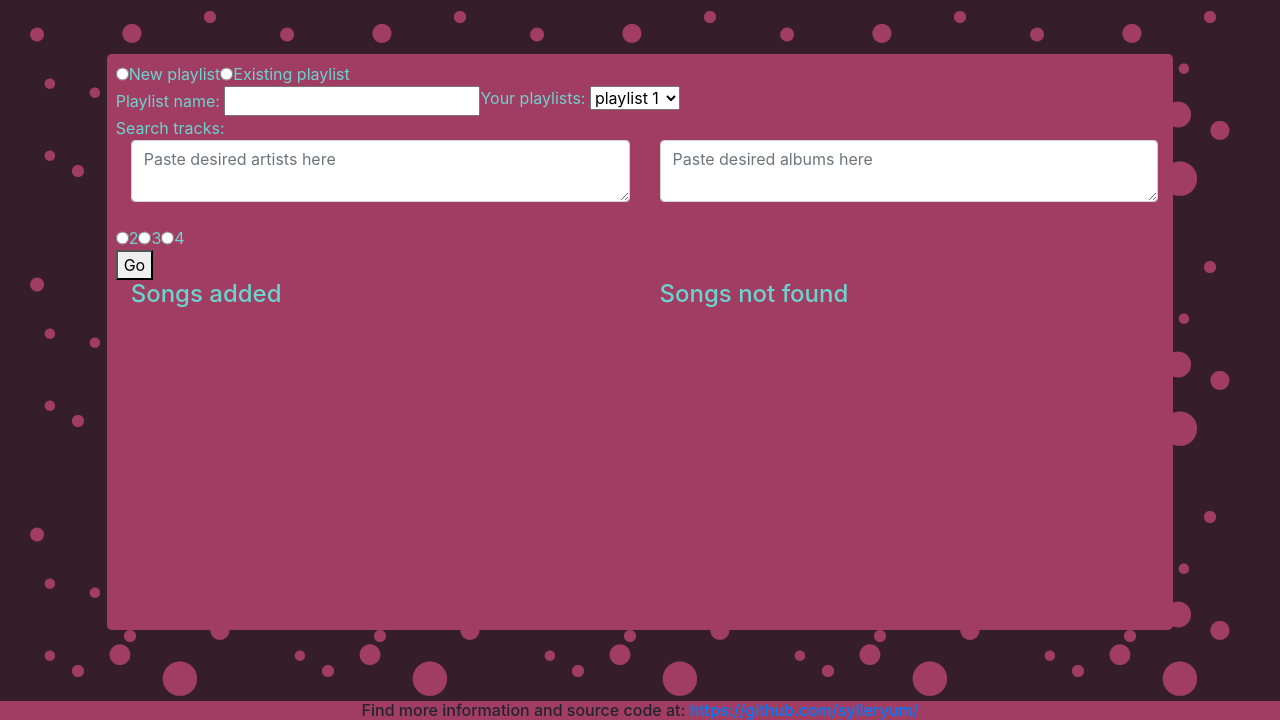
Repository: sylleryum/Frontend
Page: GetTopTracks/index.html
An editor plug-in stored every save of this project. The page is shown before and after a run of saves, followed by the edit.
The browser window is 1280 px wide. The pictures show the whole page.

Above is the page before, as saved 2019-10-13 16:36:47.

### GetTopTracks/index.html
<!doctype html>
<html lang="en">

<head>
     <title>Get top tracks from Artists and albums</title>
     <!-- Required meta tags -->
     <meta charset="utf-8">
     <meta name="viewport" content="width=device-width, initial-scale=1, shrink-to-fit=no">

     <!-- Bootstrap CSS -->
     <link rel="stylesheet" href="https://stackpath.bootstrapcdn.com/bootstrap/4.3.1/css/bootstrap.min.css"
          integrity="sha384-ggOyR0iXCbMQv3Xipma34MD+dH/1fQ784/j6cY/iJTQUOhcWr7x9JvoRxT2MZw1T" crossorigin="anonymous">

     <!-- main CSS-->
     <link rel="stylesheet" href="style.css">

</head>

<body class="background-master">
          <form action="searchTrack" id="submit-btn" onsubmit="return validation()">
     <div class="container-fluid h-95">
          <div class="row align-items-center justify-content-center h-95">
               <div class="h-80 col col-md-10 bg-4 text-1 rounded-lg pl-4 pt-2 overflow-auto  id="internal-container">
                    <div class="row main-select">
                         <input type="radio" id="rNew" name="playlistRadio" value="new" onchange="radioChecker()">New
                         playlist
                         <input type="radio" id="rExisting" name="playlistRadio" value="existing"
                              onchange="radioChecker()">Existing
                         playlist
                    </div>
                    <div class="row main-playlist">
                         <div id="new-playlist" class="block-style">
                              Playlist name: <input type="text" id="playlistName" name="playlistName" />
                         </div>
                         <div id="existing-playlist" class="block-style">
                              <span>Your playlists:</span>
                              <select name="selectPlaylist">
                                   <option>playlist 1</option>
                                   <option>playlist 2</option>
                                   <option>playlist 3</option>
                                   <option>playlist 4</option>
                                   <!-- <c:forEach var="items" items="${playlists}">
                                        <option value="${items.getId()}">${items.getName()}</option>
                                   </c:forEach> -->
                              </select>
                         </div>
                    </div>
                    <div class="row">
                         Search tracks:
                    </div>
                    <div class="row main-textarea form-group">
                         <div class="col-md-6 mb-2">
                              <textarea class="textarea-search form-control md-textarea" id="searchNameArtist"
                                   name="searchNameArtist" placeholder="Paste desired artists here"></textarea>
                         </div>
                         <div class="col-md-6">
                              <textarea class="textarea-search form-control md-textarea" id="searchNameAlbum"
                                   name="searchNameAlbum" placeholder="Paste desired albums here"></textarea>
                         </div>
                    </div>
                    <div class="row track-amount">
                         <input type="radio" id="rAmount2" name="playlistRadio" value="rAmount2" onchange="">2
                         <input type="radio" id="rAmount3" name="playlistRadio" value="rAmount3" onchange="">3
                         <input type="radio" id="rAmount4" name="playlistRadio" value="rAmount4" onchange="">4
                    </div>
                    <div class="row main-go">
                         <button type="submit" id="submit-button">
                              Go
                         </button>
                    </div>

                    <div class="row results-menu">
                         <div class="success col-md-6">
                              <h4>Songs added</h4>

                         </div>
                         <div class="failure col-md-6">
                              <h4>Songs not found</h4>

                         </div>
                    </div>

               </div>

          </div>

     </div>
     </form>
     <footer class="text-center m-0 p-0 bg-4 footer-clear">
          <h6 class="p-0 m-0 text-w">Find more information and source code at: <a href="https://github.com/sylleryum/">
                    https://github.com/sylleryum/</a></h6>

     </footer>







     <!-- Optional JavaScript -->
     <!-- jQuery first, then Popper.js, then Bootstrap JS -->
     <script src="https://code.jquery.com/jquery-3.3.1.slim.min.js"
          integrity="sha384-q8i/X+965DzO0rT7abK41JStQIAqVgRVzpbzo5smXKp4YfRvH+8abtTE1Pi6jizo"
          crossorigin="anonymous"></script>
     <script src="https://cdnjs.cloudflare.com/ajax/libs/popper.js/1.14.7/umd/popper.min.js"
          integrity="sha384-UO2eT0CpHqdSJQ6hJty5KVphtPhzWj9WO1clHTMGa3JDZwrnQq4sF86dIHNDz0W1"
          crossorigin="anonymous"></script>
     <script src="https://stackpath.bootstrapcdn.com/bootstrap/4.3.1/js/bootstrap.min.js"
          integrity="sha384-JjSmVgyd0p3pXB1rRibZUAYoIIy6OrQ6VrjIEaFf/nJGzIxFDsf4x0xIM+B07jRM"
          crossorigin="anonymous"></script>
</body>

</html>

### GetTopTracks/style.css
.footer-clear{
     width: 100%;
     position: fixed;
     bottom: 0%;
}

.background-master{
     background: url(images/bb.png) repeat;
}

.h-100{
     min-height: 100vh;
 }

 .h-95{
     min-height: 95vh;
 }
.h-80{
     min-height: 80vh;
     max-height: 90vh;
 }

 .bg-1{background: #6dd3ce!important}
 .bg-2{background: #c8e9a0!important}
 .bg-3{background: #f7a278!important}
 .bg-4{background: #a13d63!important}
 .bg-5{background: #351e29!important}

.text-1{color: #6dd3ce!important}
.text-2{color: #c8e9a0!important}
.text-3{color: #f7a278!important}
.text-4{color: #a13d63!important}
.text-5{color: #351e29!important}

After the next 4 saves:
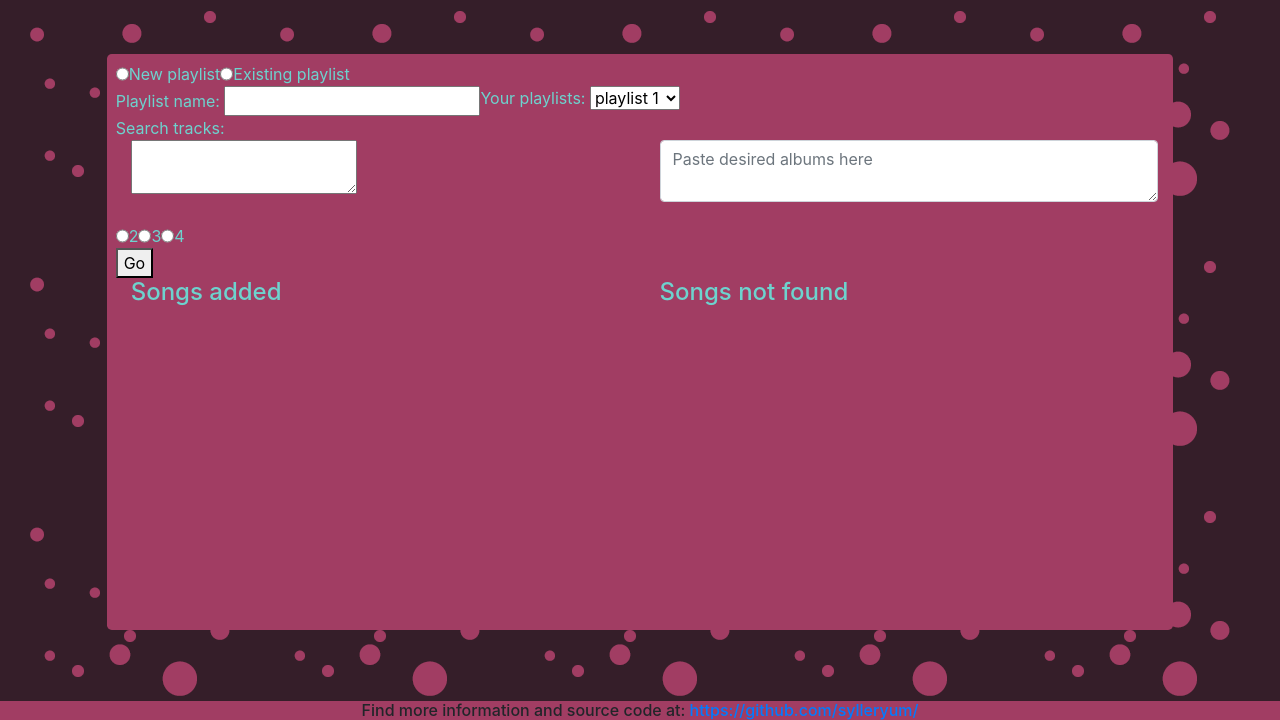
The 4 saves are shown as one change because they came seconds apart.
The last was saved 28 s later.
--- a/GetTopTracks/index.html
+++ b/GetTopTracks/index.html
@@ -50,8 +50,7 @@
                     </div>
                     <div class="row main-textarea form-group">
                          <div class="col-md-6 mb-2">
-                              <textarea class="textarea-search form-control md-textarea" id="searchNameArtist"
-                                   name="searchNameArtist" placeholder="Paste desired artists here"></textarea>
+                              <textarea></textarea>
                          </div>
                          <div class="col-md-6">
                               <textarea class="textarea-search form-control md-textarea" id="searchNameAlbum"
